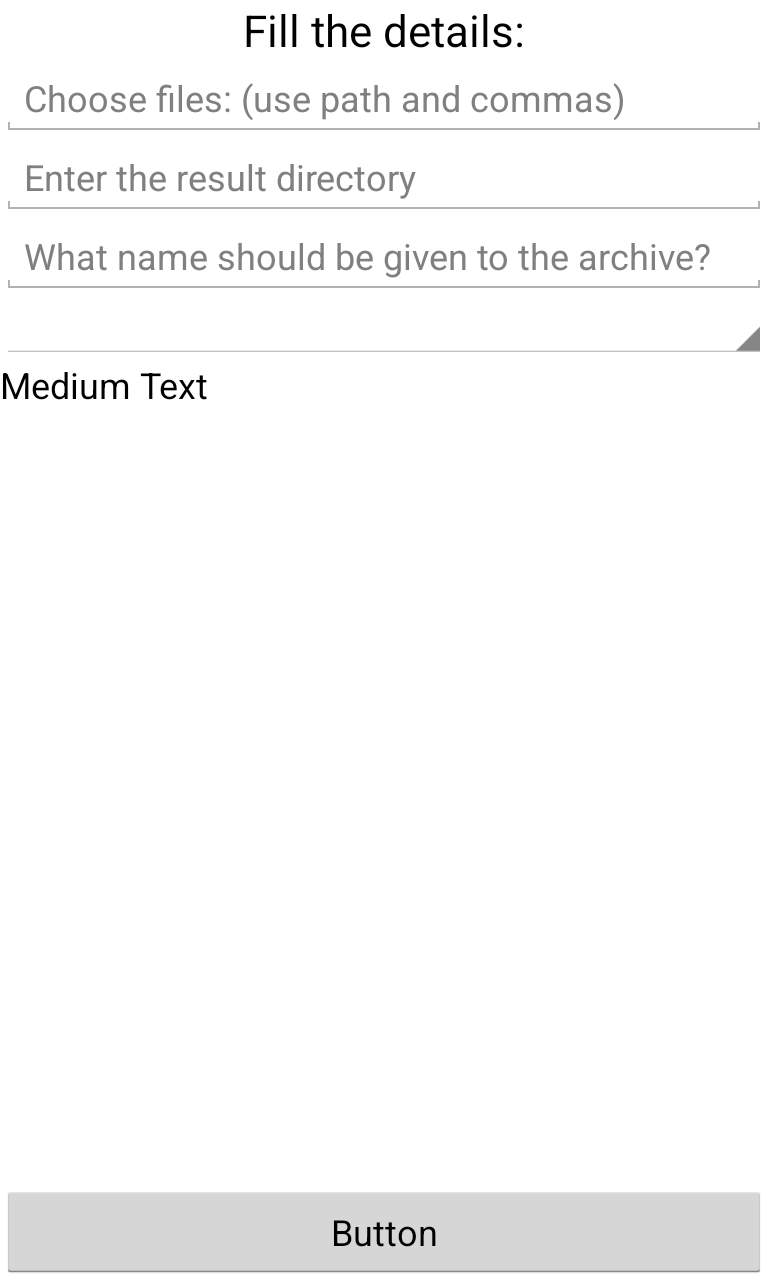
Repository: ya-ivanov/Android-Projects
Layout: Android Projects (OLD)/Zip It!/ZipIt/res/layout/activity_main.xml
These files come from the project's save history. The layout is drawn as it stood at one moment and after the next save; the edit follows.
It is drawn on a 768 x 1280 px phone screen (xhdpi) without system bars, with theme AppTheme; the app's code is not run.

Above is the layout before, as saved 2013-12-11 20:22:19.

### Android Projects (OLD)/Zip It!/ZipIt/res/layout/activity_main.xml
<LinearLayout xmlns:android="http://schemas.android.com/apk/res/android"
    android:layout_width="fill_parent"
    android:layout_height="fill_parent"
    android:orientation="vertical" >

    <TextView
        android:id="@+id/textView1"
        android:layout_width="match_parent"
        android:layout_height="wrap_content"
        android:gravity="center_horizontal"
        android:text="Fill the details:"
        android:textAppearance="?android:attr/textAppearanceLarge" />

    <EditText
        android:id="@+id/files"
        android:layout_width="match_parent"
        android:layout_height="wrap_content"
        android:ems="10"
        android:hint="Choose files: (use path and commas)" >
    </EditText>

    <EditText
        android:id="@+id/endDir"
        android:layout_width="match_parent"
        android:layout_height="wrap_content"
        android:ems="10"
        android:hint="Enter the result directory" >
    </EditText>

    <EditText
        android:id="@+id/archiveName"
        android:layout_width="match_parent"
        android:layout_height="wrap_content"
        android:ems="10"
        android:hint="What name should be given to the archive?" >
    </EditText>

    <Spinner
        android:id="@+id/spinner"
        android:layout_width="fill_parent"
        android:layout_height="wrap_content" />

    <TextView
        android:id="@+id/textView2"
        android:layout_width="match_parent"
        android:layout_height="wrap_content"
        android:layout_weight="1"
        android:text="Medium Text"
        android:textAppearance="?android:attr/textAppearanceMedium" />

    <Button
        android:id="@+id/button1"
        android:layout_width="match_parent"
        android:layout_height="wrap_content"
        android:text="Button" />

</LinearLayout>

Loaded but not shown: Android Projects (OLD)/Zip It!/ZipIt/res/values/styles.xml (common file); Android Projects (OLD)/Zip It!/ZipIt/res/values-v11/styles.xml (common file); Android Projects (OLD)/Zip It!/ZipIt/res/values-v14/styles.xml (common file)

After the next save:
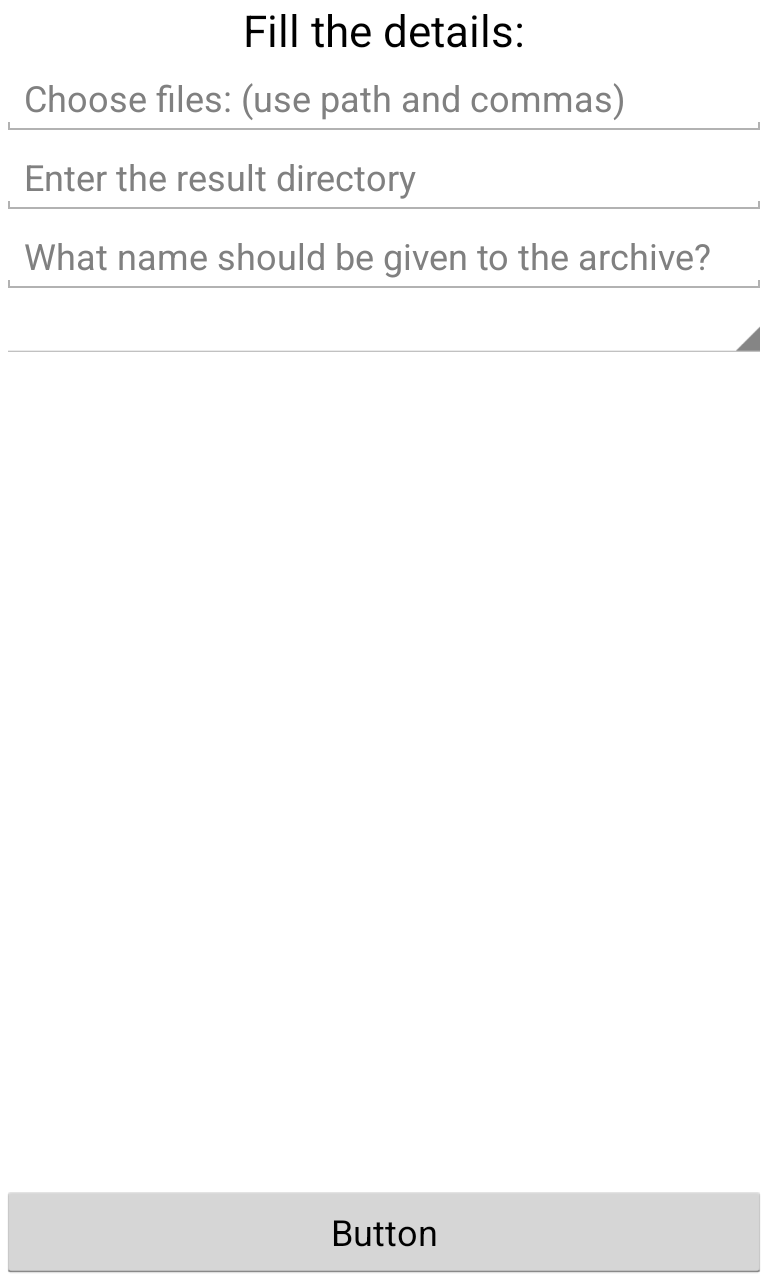
Saved 28 s later.
--- a/Android Projects (OLD)/Zip It!/ZipIt/res/layout/activity_main.xml
+++ b/Android Projects (OLD)/Zip It!/ZipIt/res/layout/activity_main.xml
@@ -45,7 +45,7 @@
         android:layout_width="match_parent"
         android:layout_height="wrap_content"
         android:layout_weight="1"
-        android:text="Medium Text"
+        android:hind="Description for the archive (optional)"
         android:textAppearance="?android:attr/textAppearanceMedium" />
 
     <Button
